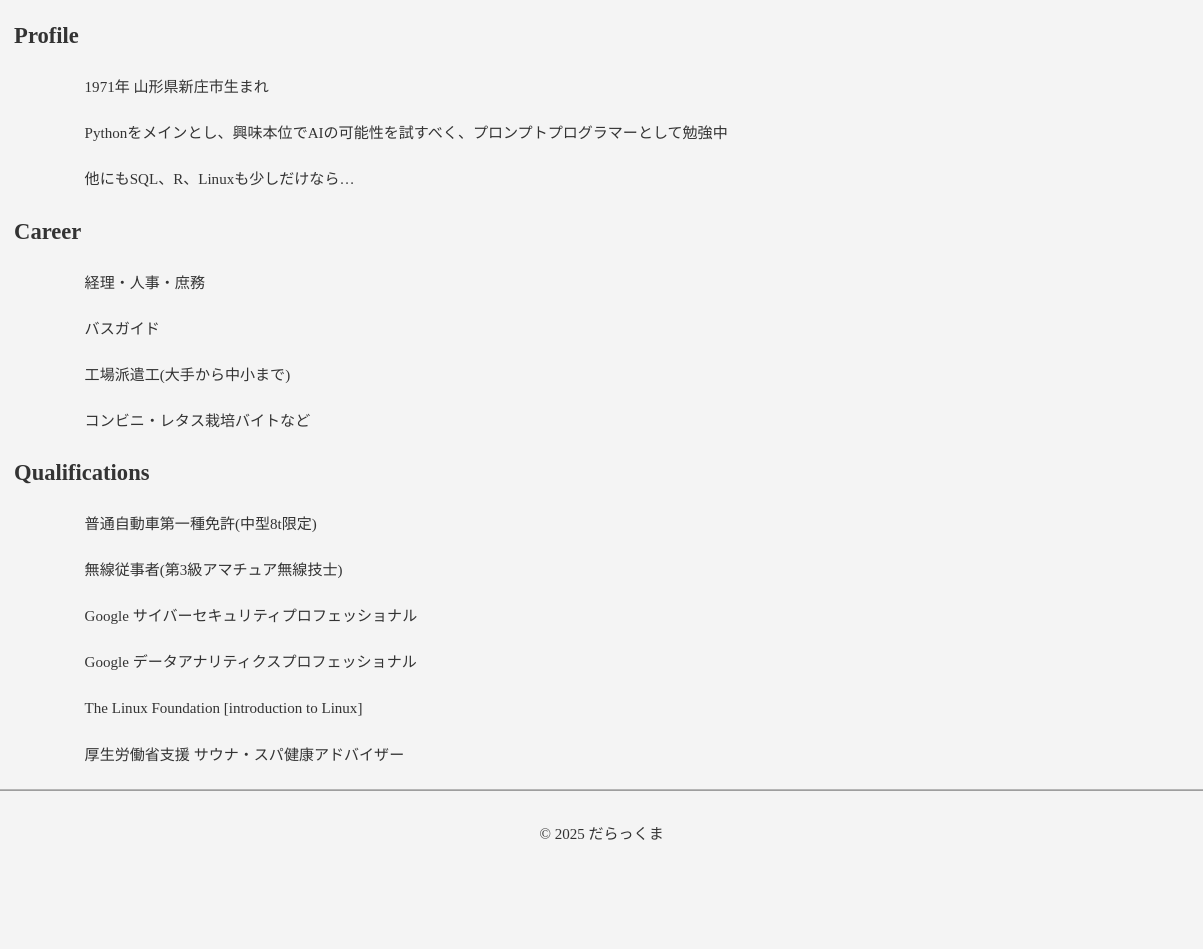
Repository: rydeen7907/html
Page: profile.html
These files come from the project's save history. The page is drawn as it stood at one moment and after the next save; the edit follows.
The browser window is 1280 px wide. The pictures show the whole page, at 94% of full size.

Above is the page before, as saved 2025-04-27 17:52:11.

### profile.html
<!DOCTYPE html>
<html lang="ja">
<head>
    <meta charset="UTF-8">
    <meta name="viewport" content="width=device-width, initial-scale=1.0">
    <title>Profile - だらっくまのサイト</title>
    <link rel="stylesheet" href="style.css">
</head>
<body>
    <main>
        <h2>Profile</h2>
        <ul>
            <p>1971年 山形県新庄市生まれ</p>
            <p>Pythonをメインとし、興味本位でAIの可能性を試すべく、プロンプトプログラマーとして勉強中</p>
            <p>他にもSQL、R、Linuxも少しだけなら…</p>
        </ul>

        <h2>Career</h2>
        <ul>
        <p>経理・人事・庶務</p>
        <p>バスガイド</p>
        <p>工場派遣工(大手から中小まで)</p>
        <p>コンビニ・レタス栽培バイトなど</p>
        </ul>

        <h2>Qualifications</h2>
        <ul>
        <p>普通自動車第一種免許(中型8t限定)</p>
        <p>無線従事者(第3級アマチュア無線技士)</p>
        <p>Google サイバーセキュリティプロフェッショナル</p>
        <p>Google データアナリティクスプロフェッショナル</p>
        <p>The Linux Foundation [introduction to Linux]</p>
        <p>厚生労働省支援 サウナ・スパ健康アドバイザー</p>

        </ul>

    </main>

 <footer class="social-links">
        <p>&copy; 2025 だらっくま</p>
    </footer>

</body>
</html>

### style.css
/* 基本スタイル */
:root {
    /* 色の設定 */
    --text-color-dark: #333; /*  */
    --text-color-light: #555; /*  */
    --background-color: #f4f4f4; /*  */
    --background-color-scroll: aqua; /*  */
    --link-color: #333; /* リンクの色 */
    --link-color-hover: #ff8000; /* ホバー時のリンク色 */

/* タイポグラフィ */
    --font-family: Arial, sans-serif; /* フォントファミリー */
    --line-height-base: 1.5; /* 行間を調整 (例：1.5倍 px,%,emでも可能) */
    --font-size-small: 12px; /* フォントサイズを小さく */
    --font-size-base: 16px; /* 基本フォントサイズ */
    --font-size-large: 24px; /* 大きなフォントサイズ */
    --font-size-xlarge: 32px; /* 特大フォントサイズ */

/* 余白 */
    --margin-xs: 5px; /* 小さなマージン */
    --margin-s: 10px; /* 基本マージン */
    --margin-m: 15px; /* 中くらいのマージン */
    --margin-l: 20px; /* 大きなマージン */
    --margin-xl: 25px; /* 特大マージン */
    --margin-xxl: 40px; /* 特特大マージン */
    --margin-xxxl: 50px; /* 特特特大マージン */
}

body {
    margin: 0; /* ブラウザデフォルトのマージンをリセット */
    padding: 0; /* ブラウザデフォルトのパディングをリセット */
    padding-bottom: var(--margin-xxxl); /* ページ下部のパディングを追加 */
    font-family: var(--font-size-base);
    line-height: var(--line-height-base); /* 行間を読みやすく調整 (例：2.0倍 px,%,emでも可能) */
    color: var(--text-color-dark); /* 文字色を濃いグレーに設定 */
    background-color: var(--background-color); /* 背景色を薄いグレーに設定 */
}

/* ヘッダー */
.header-image {
    display: block; /* 中央配置のためブロック要素に */
    width: 100%;
    /* max-width: auto; は width: 100%; があれば不要 */
    height: 400px;
    margin: 0 auto; /* 上下のマージンは０、左右は自動で中央揃え */
    object-fit: cover; /* 画像のアスペクト比を維持、要素に合わせる */
}

/* 画像の説明文 */
.image-caption {
    padding-top: var(--margin-xs); /* 上部のパディングを追加 */
    padding-bottom: var(--margin-xs); /* 下部のパディングを追加 */
    padding-left: var(--margin-m);    /* 左側のパディングを追加 */
    padding-right: var(--margin-m); /* 右側のパディングを追加 */

    margin-top: var(--margin-xs); /* 上部のマージンを追加 */
    margin-bottom: var(--margin-xl); /* 下部のマージンを追加 */
    font-size: var(--font-size-small); /* フォントサイズを小さく */
    color: var(--text-color-light); /* 文字色を薄いグレーに */
    text-align: right; /* 右寄せ */
}

/* 画像キャプション内のリンク */
.image-caption a {
    color: inherit; /* リンクの色 */
    text-align: right;
    text-decoration: none; /* 下線を削除 */
}
.image-caption a:hover,
.image-caption a:focus {
    color: var(--link-color-hover); /* ホバー時のリンク色 */
    text-decoration: underline; /* 下線を追加 */
}

/* スクロールテキストコンテナ */
.scrolling-text-container {
    width: 100%; /* 幅 */
    height: 55px; /* 高さ */
    margin-bottom: var(--margin-xxl); /* 下部のマージンを追加 */
    padding-top: var(--margin-xs); /* 上部のパディングを追加 */
    padding-bottom: var(--margin-s); /* 下部のパディングを追加 */
    box-sizing: border-box; /* パディングとボーダーを含めたサイズ計算 */
    background-color: var(--background-color-scroll); /* 背景色をアクアに設定 */
    overflow: hidden; /* はみ出た部分を隠す */
}

/* スクロールテキスト */
.scrolling-text {
    display: inline-block; /* インラインブロック要素に設定 */
    margin: 0; /* コンテナ内でのマージンを削除 */
    padding-left: 100%; /* 開始位置を右側に設定 */
    font-size: var(--font-size-large); /* フォントサイズ */
    font-weight: bold; /* 太字に設定 */
    color: var(--text-color-dark); /* 文字色を濃いグレーに */
    white-space: nowrap; /* 折り返し禁止 */
    animation: scroll-left 25s linear infinite; /* アニメーションを適用 */

}

/* スクロールアニメーションの定義 */
@keyframes scroll-left {
    0% {
        transform: translateX(0); /* 開始位置 */
    }
    100% {
        /* テキスト自身の幅だけ左に移動させる */
        transform: translateX(-150%);
    }
}

/* メインコンテンツ */
h1 {
    margin: var(--margin-xxl) 0 var(--margin-l); /* 上下のマージンを追加 */
    font-size: var(--font-size-xlarge); /* フォントサイズ */
    font-weight: bold; /* 太字に設定 */
    text-align: center; /* 中央配置 */
    color: var(--text-color-dark); /* 文字色を濃いグレーに */
}

main h2{
    margin-left: var(--margin-m); /* 左側のマージンを追加 */
}

/* 段落 p */
p {
    margin: var(--margin-xl) 0 ; /* 上下のマージンを追加 */
    text-align: center; /* 中央配置 */
    font-size: var(--font-size-base); /* フォントサイズ */
}

main p{
    margin-left: var(--margin-xxxl); /* 左側のマージンを追加 */
    text-align: left; /* 左寄せ */
    font-size: var(--font-size-base); /* フォントサイズ */
}

/* リンク a */
a {
    display: block;
    color: var(--link-color); /* 文字色を赤に */
    margin: var(--margin-s) auto; /* 上部のマージンを追加 */
    font-size: var(--font-size-base); /* フォントサイズ */
    font-weight: bold; /* 太字に設定 */
    text-align: center; /* 中央配置 */
    text-decoration: none; /* 下線を削除 */
    transition: color 0.3s; /* ホバー時の色変更にトランジションを追加 */
}

/* ホバー時のスタイル */
a:hover,
a:focus { /* ホバーとフォーカス時に適用するスタイル */
    color: var(--link-color-hover); /* ホバー時の文字色をオレンジに変更 */
    text-decoration: underline; /* 下線を追加 */
}

/* SNS リンク */
.social-links {
    text-align: center;
    margin: var(--margin-xl) 0; /* 上下のマージンを追加 */
    padding-bottom: var(--margin-s); /* 上下のパディングを追加 */
    border-top: 1px solid var(--text-color-light); /* 上部に薄いグレーのボーダーを追加 */
    padding-top: var(--margin-s); /* 上部のパディングを追加 */
}

.social-links h2 {
    font-size: var(--font-size-base); /* フォントサイズ */
    color: var(--text-color-dark); /* 文字色を濃いグレーに */
    margin: var(--margin-s) 0; /* 上下のマージンを追加 */
    font-weight: normal; /* 太字に設定 */
}

.social-links ul {
    list-style: none; /* リストのマークを削除 */
    padding: 0; /* パディングを削除 */
    margin: 0; /* マージンを削除 */
}

.social-links li {
    display: inline-block; /* 横並び */
    margin: 0 var(--margin-s); /* 左右のマージンを追加 */
}

/* SNSリンク 固有のスタイル */
.social-links a {
    display: inline-block; /* クリック範囲を確保 */
    line-height: 1; /* 画像のベースラインを揃えるのに役立つ */
    /* color: var(--link-color); /* リンクの色 */
    text-decoration: none; /* 下線を削除 */
    /*font-size: var(--font-size-base); /* フォントサイズ */
    transition: opacity 0.3s; /* ホバー時の透明度変更 (テキスト：color 0.3s)*/
}

.social-icon {
    width: 48px; /* アイコンの幅 */
    height: 48px; /* アイコンの高さ */
    vertical-align: middle; /* 他のアイコンと並んだ場合の垂直配置を中央に */
    /*object-fit: cover; /* 画像のアスペクト比を維持、要素に合わせる */
}

/* ホバー時のスタイル */
.social-links a:hover,
.social-links a:focus {
    /* color: var(--link-color-hover); /* ホバー時の文字色をオレンジに変更 */
    /* text-decoration: underline; /* 下線を追加 */
    opacity: 0.7; /* ホバー時の透明度を変更 */
}

After the next save:
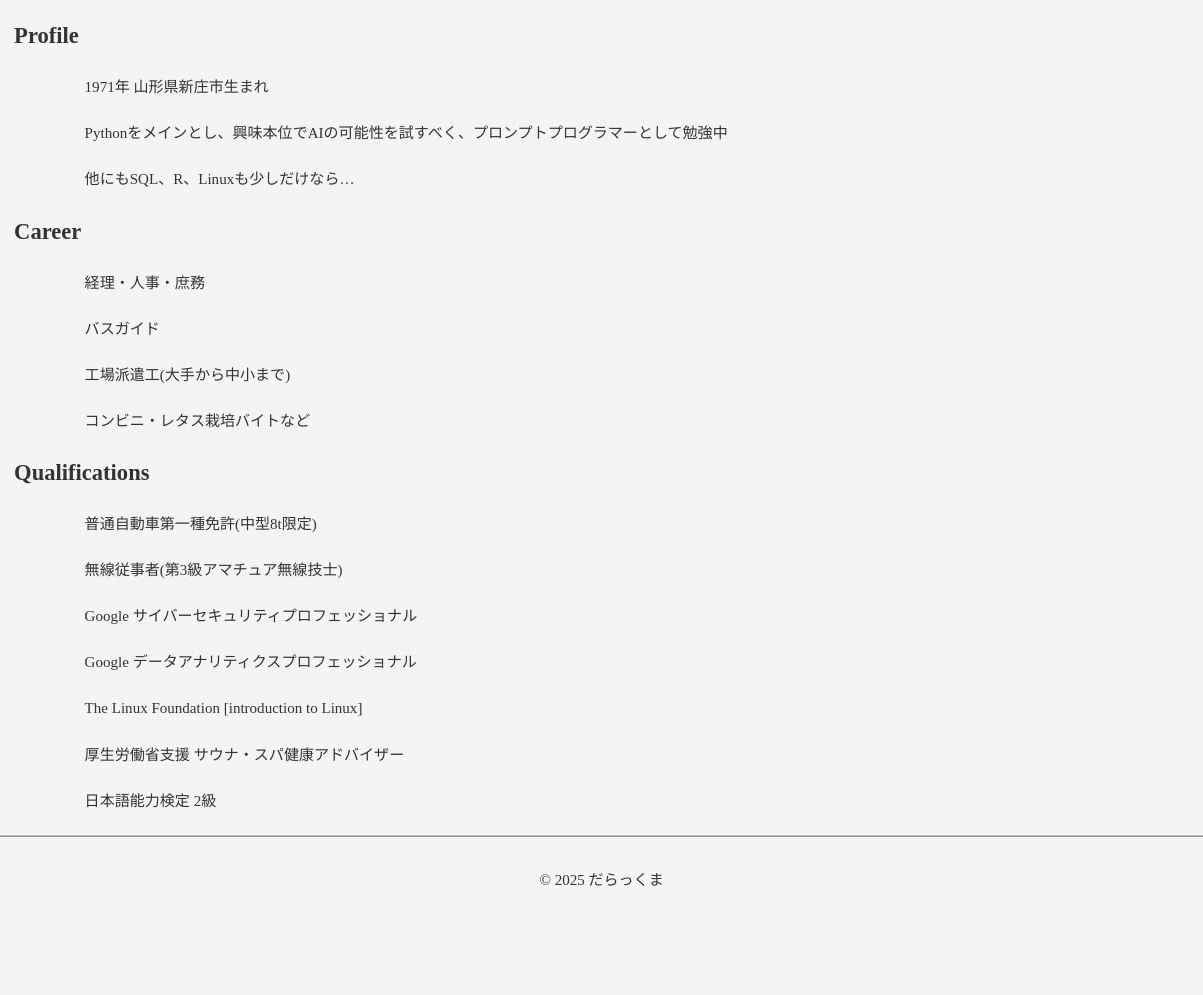
Saved 4 s later.
--- a/profile.html
+++ b/profile.html
@@ -31,7 +31,7 @@
         <p>Google データアナリティクスプロフェッショナル</p>
         <p>The Linux Foundation [introduction to Linux]</p>
         <p>厚生労働省支援 サウナ・スパ健康アドバイザー</p>
-
+        <p>日本語能力検定 2級</p>
         </ul>
 
     </main>
